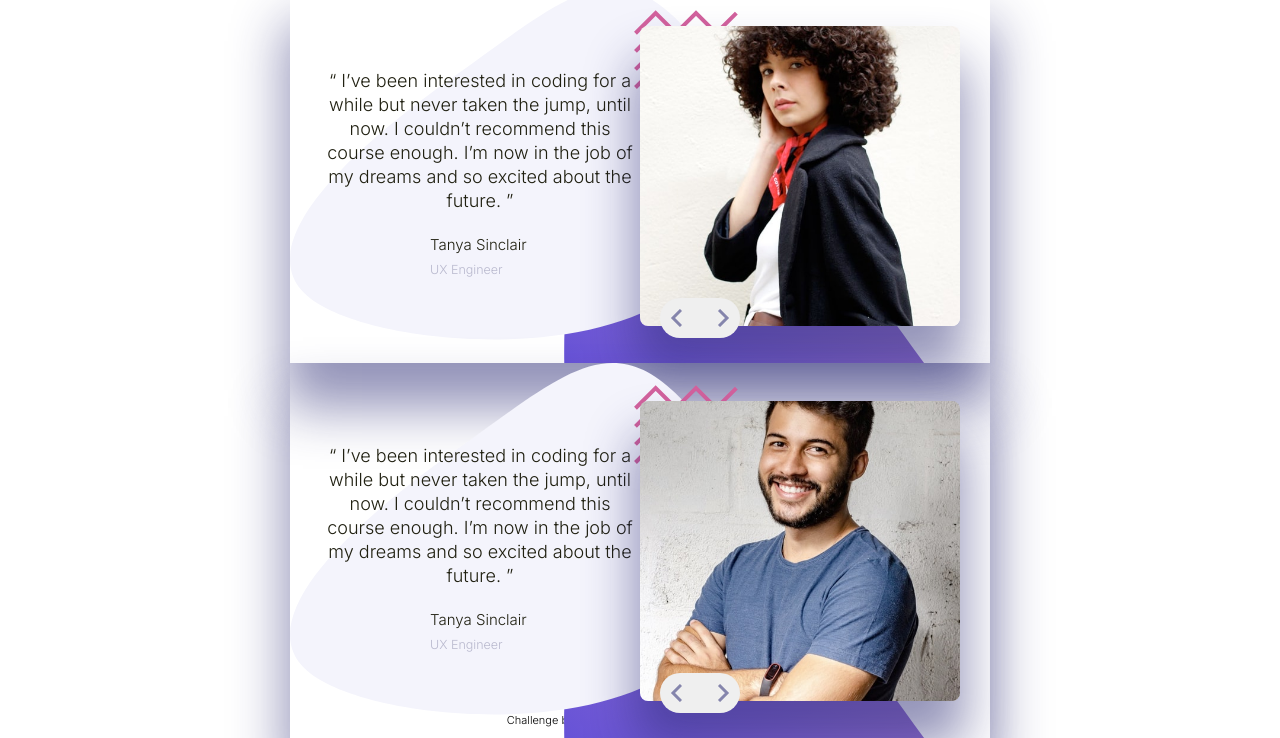
Repository: Hcmwebs/Coding-Bootcamp-Testimonials
Page: index.html
An editor plug-in stored every save of this project. The page is shown before and after the next save, followed by the edit.
The browser window is 1280 px wide. The pictures show the whole page.
The style sheet was rebuilt from its Sass, Less or Tailwind sources for each picture, by a compiler version that may differ from the author's.

Above is the page before, as saved 2020-10-30 21:14:26.

### index.html
<!DOCTYPE html>
<html lang="en">
  <head>
    <meta charset="UTF-8" />
    <meta name="viewport" content="width=device-width, initial-scale=1.0" />
    <!-- displays site properly based on user's device -->

    <link
      rel="icon"
      type="image/png"
      sizes="32x32"
      href="./images/favicon-32x32.png"
    />
    <link rel="stylesheet" href="main.css" />
    <title>Frontend Mentor | Coding Bootcamp Testimonials Slider</title>

    <!-- Feel free to remove these styles or customise in your own stylesheet 👍 -->
    <style>
      .attribution {
        font-size: 11px;
        text-align: center;
      }
      .attribution a {
        color: hsl(228, 45%, 44%);
      }
    </style>
  </head>
  <body>
    <div class="container">
      <div class="card">
        <div class="card__header">
          <img
            src="images/image-tanya.jpg"
            alt="Profile Tanya"
            id="profileTanya"
            class="card__header--profileImg"
          />
        </div>

        <button id="button">
          <img src="images/icon-prev.svg" alt="icon-prev" />
          <img src="images/icon-next.svg" alt="icon-next" />
        </button>

        <div class="card__body">
          <h2>
            “ I’ve been interested in coding for a while but never taken the
            jump, until now. I couldn’t recommend this course enough. I’m now in
            the job of my dreams and so excited about the future. ”
          </h2>
          <div class="card__body--captionTxt">
            <p>Tanya Sinclair</p>
            <small>UX Engineer </small>
          </div>
        </div>
      </div>

      <div class="card">
        <div class="card__header">
          <img
            src="images/image-john.jpg"
            alt="Profile John"
            id="profileJohn"
            class="card__header--profileImg"
          />
        </div>

        <button id="button">
          <img src="images/icon-prev.svg" alt="icon-prev" />
          <img src="images/icon-next.svg" alt="icon-next" />
        </button>

        <div class="card__body">
          <h2>
            “ I’ve been interested in coding for a while but never taken the
            jump, until now. I couldn’t recommend this course enough. I’m now in
            the job of my dreams and so excited about the future. ”
          </h2>
          <div class="card__body--captionTxt">
            <p>Tanya Sinclair</p>
            <small>UX Engineer </small>
          </div>
        </div>
      </div>
    </div>
    <!-- “ I’ve been interested in coding for a while but never taken the jump, until
    now. I couldn’t recommend this course enough. I’m now in the job of my
    dreams and so excited about the future. ” Tanya Sinclair UX Engineer “ If
    you want to lay the best foundation possible I’d recommend taking this
    course. The depth the instructors go into is incredible. I now feel so
    confident about starting up as a professional developer. ” John Tarkpor
    Junior Front-end Developer -->

    <div class="attribution">
      Challenge by
      <a href="https://www.frontendmentor.io?ref=challenge" target="_blank"
        >Frontend Mentor</a
      >. Coded by
      <a href="https://github.com/Hcmwebs" target="_blank">hcmwebs</a>.
    </div>
    <script src="main.js"></script>
  </body>
</html>

### scss/main.scss
@import url('https://fonts.googleapis.com/css2?family=Inter:wght@300;400&display=swap');

$font-stack:'Inter',
sans-serif;
$primaryColor : rgba(32, 32, 17, 1.0);
$secondaryColor : rgba(185, 185, 206, 1.0);
$boxShadowColor:rgba(36, 36, 113, 0.49);




@mixin gridCenter{
  display: grid;
  place-items: center;
}

@mixin flexCenter {
  display: flex;
  justify-content: center;
  align-items: center;

}

@mixin flexSpaceBetween {
  @include flexCenter;
  justify-content: space-between;
}


*{
  margin: 0;
  padding: 0;
  box-sizing: border-box;

}
body{
  font-family: $font-stack;
  font-size: 10px;
  font-weight: 300;
  line-height: 24px;
  height: 100vh;
  width: 100%;
  @include flexCenter;
  flex-direction: column;
}

.container{
  width: 100%;
  height: 100vh;
  @include gridCenter;
  grid-template-columns: 1fr;
  background-color: #fff;
}
  .card{
  width: 375px;
  height: 667px;
  padding: 30px;
  @include flexSpaceBetween;
  flex-direction: column;
  background-image: url(/images/pattern-bg.svg);
  background-position: top center;
  background-size:contain;
  background-repeat: no-repeat;
  box-shadow: 0 40px 50px 5px $boxShadowColor;
  position: relative;

  &__header{
    width: 100%;
    height: 300px;


    &--profileImg{
      width: 100%;
      height: 100%;
      object-fit: cover;
      border-radius: 0.5rem;
      box-shadow: 0 40px 50px 5px $boxShadowColor;
    }

  }

  button {
    width: 80px;
    height: 40px;
    padding: 10px;
    border-radius: 28px;
    border: none;
    @include flexSpaceBetween;
    position:absolute;
    top:310px
  }



  &__body{
    width: 100%;
    margin:50px 0;
    @include gridCenter;
    gap: 20px;

    h2{
      font-size: 18px;
      font-weight: 300;
      text-align: center;
      color:$primaryColor;
    }

    &--captionTxt{
      width:100px;
      text-align: left;
      font-size: 15px;
      font-weight: 300;


      p{
        color: $primaryColor;

      }

      small{
        color: $secondaryColor;

      }

    }

  }
}

@media(min-width:768px){
  .container{
    max-width: 1440px;

  }
  .card{
    height: 375px;
    width: 700px;
    flex-direction: row-reverse;
    background-size: cover;
  }

  button{
    right:250px
  }

}

Loaded but not shown: main.js (no copy from this time; the picture is the same without it)

After the next save:
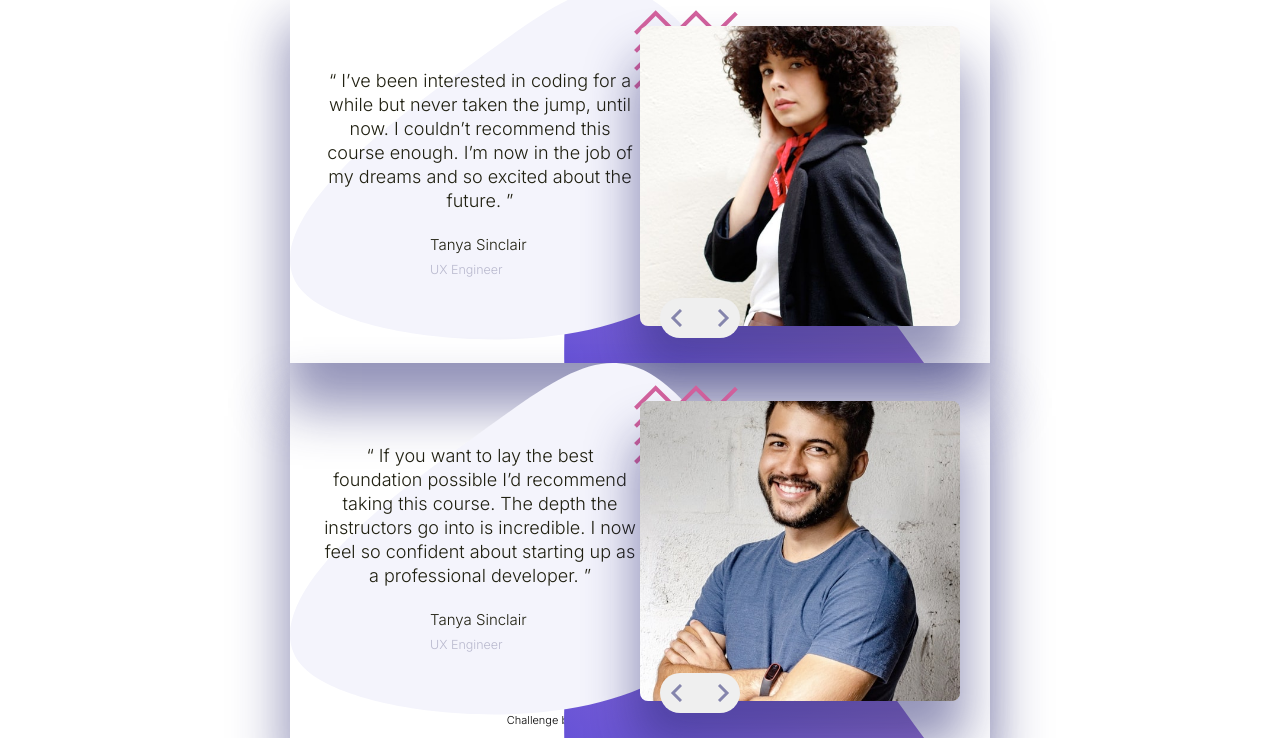
Saved 3 min 18 s later.
--- a/index.html
+++ b/index.html
@@ -72,9 +72,10 @@
 
         <div class="card__body">
           <h2>
-            “ I’ve been interested in coding for a while but never taken the
-            jump, until now. I couldn’t recommend this course enough. I’m now in
-            the job of my dreams and so excited about the future. ”
+            “ If you want to lay the best foundation possible I’d recommend
+            taking this course. The depth the instructors go into is incredible.
+            I now feel so confident about starting up as a professional
+            developer. ”
           </h2>
           <div class="card__body--captionTxt">
             <p>Tanya Sinclair</p>
@@ -83,12 +84,7 @@
         </div>
       </div>
     </div>
-    <!-- “ I’ve been interested in coding for a while but never taken the jump, until
-    now. I couldn’t recommend this course enough. I’m now in the job of my
-    dreams and so excited about the future. ” Tanya Sinclair UX Engineer “ If
-    you want to lay the best foundation possible I’d recommend taking this
-    course. The depth the instructors go into is incredible. I now feel so
-    confident about starting up as a professional developer. ” John Tarkpor
+    <!--John Tarkpor
     Junior Front-end Developer -->
 
     <div class="attribution">
